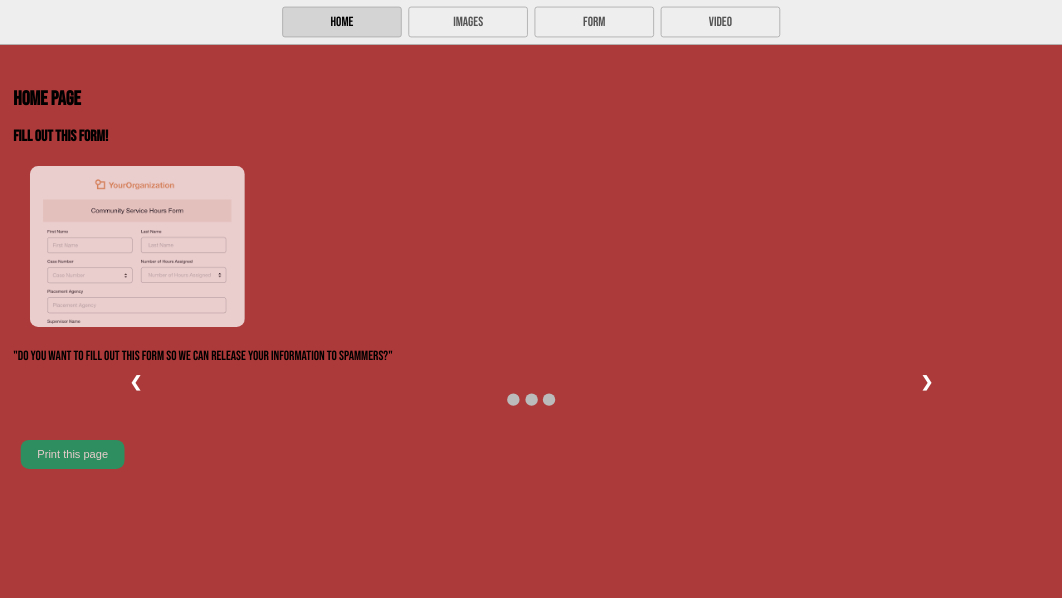
Repository: sebas6292/palmTree-Final
Page: Home.html
An editor plug-in stored every save of this project. The page is shown before and after the next save, followed by the edit.
The browser window is 1280 px wide. The pictures show the whole page, at 83% of full size.

Above is the page before, as saved 2023-06-03 13:49:55.
Console error: SyntaxError: Unexpected token '<'

After the next save:
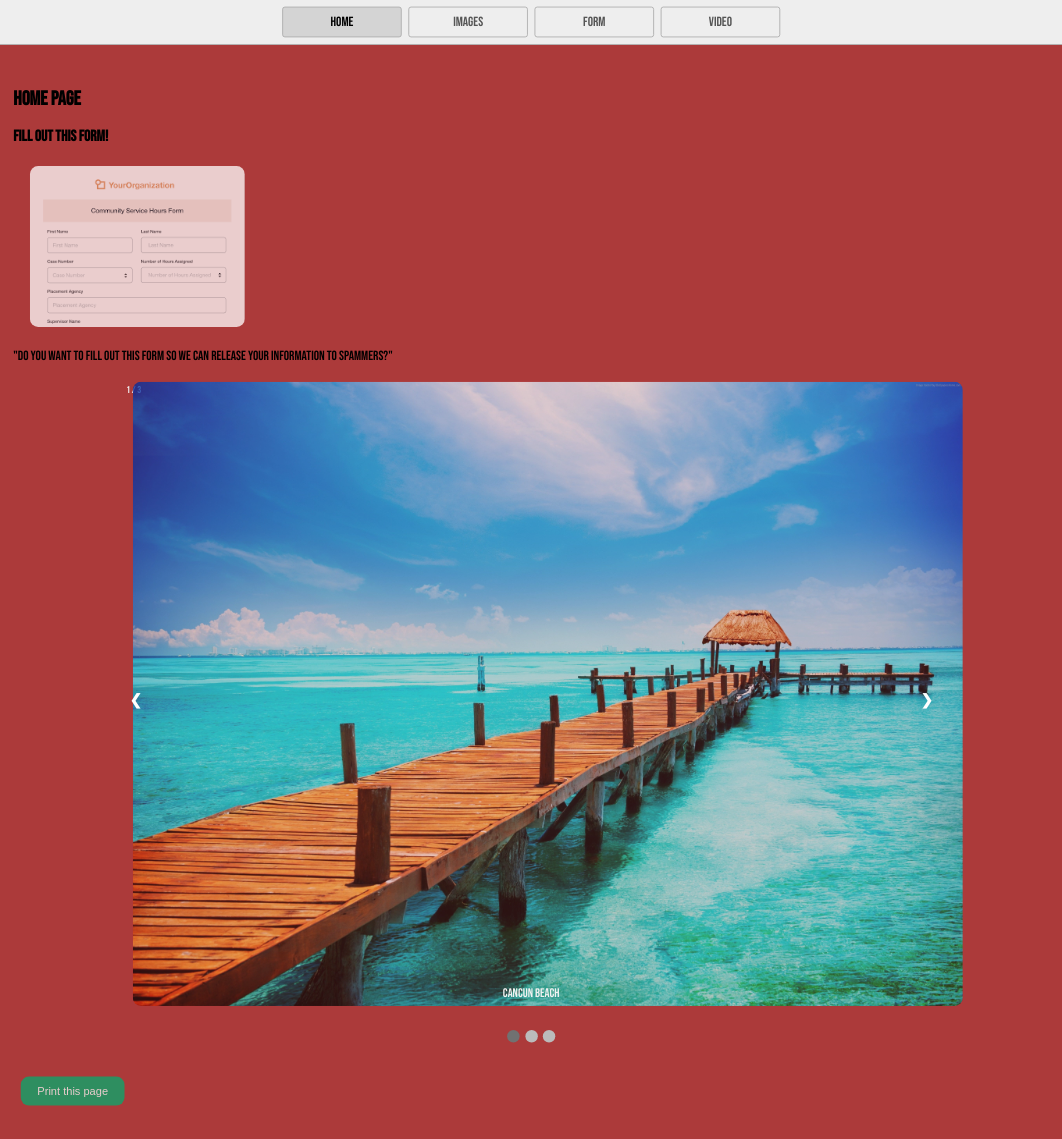
The error is gone.
Saved 49 s later.
--- a/script.js
+++ b/script.js
@@ -28,4 +28,3 @@ function showSlides(n) {
   slides[slideIndex-1].style.display = "block";
   dots[slideIndex-1].className += " active";
 }
-        </script>
